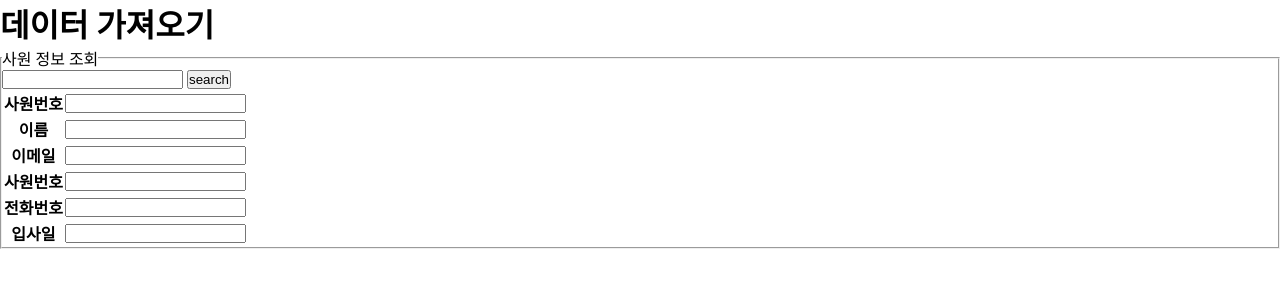
Repository: lafayetteey/WorkSpace
Page: workspace_jq_Ajax/UI_JQ_Ajax/WebContent/jq21_ajax.html
The author's editor kept a copy of each file at every save. The page is drawn from the files as they stood at one save, then again after the next save.
The browser window is 1280 px wide. The pictures show the whole page.

Above is the page before, as saved 2020-06-22 08:12:26.

### workspace_jq_Ajax/UI_JQ_Ajax/WebContent/jq21_ajax.html
<!DOCTYPE html>
<html>
<head>
<meta charset="UTF-8">
<title>Insert title here</title>
	<style type="text/css">
		*{
			margin : 0px;
			padding: 0px;
		}
	</style>
</head>
<body>
	<h1>데이터 가져오기</h1>

	<fieldset>
		<legend>	사원 정보 조회 </legend>
		<input type="text" name="empid">
		<input type="button"  id="emp_search" value="search">
		<table>
			<tr>
				<th>사원번호</th>
				<td><input type="text" name="empNum"></td>
			</tr>
			<tr>
				<th>이름</th>
				<td><input type="text" name="empNum"></td>
			</tr>
			<tr>
				<th>이메일</th>
				<td><input type="text" name="empNum"></td>
			</tr>
			<tr>
				<th>사원번호</th>
				<td><input type="text" name="empNum"></td>
			</tr>
			<tr>
				<th>전화번호</th>
				<td><input type="text" name="empNum"></td>
			</tr>
			<tr>
				<th>입사일</th>
				<td><input type="text" name="empNum"></td>
			</tr>
		</table>
	</fieldset>
</body>
</html>

After the next save:
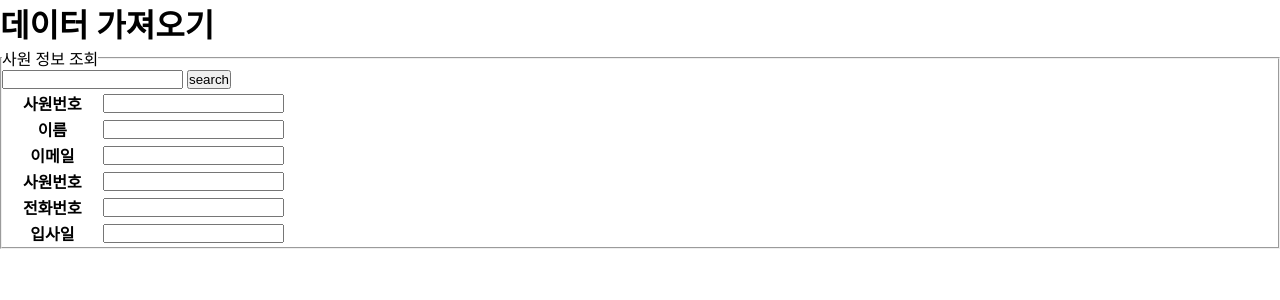
Saved 12 s later.
--- a/workspace_jq_Ajax/UI_JQ_Ajax/WebContent/jq21_ajax.html
+++ b/workspace_jq_Ajax/UI_JQ_Ajax/WebContent/jq21_ajax.html
@@ -8,6 +8,7 @@
 			margin : 0px;
 			padding: 0px;
 		}
+		table{width : 400px;}
 	</style>
 </head>
 <body>
